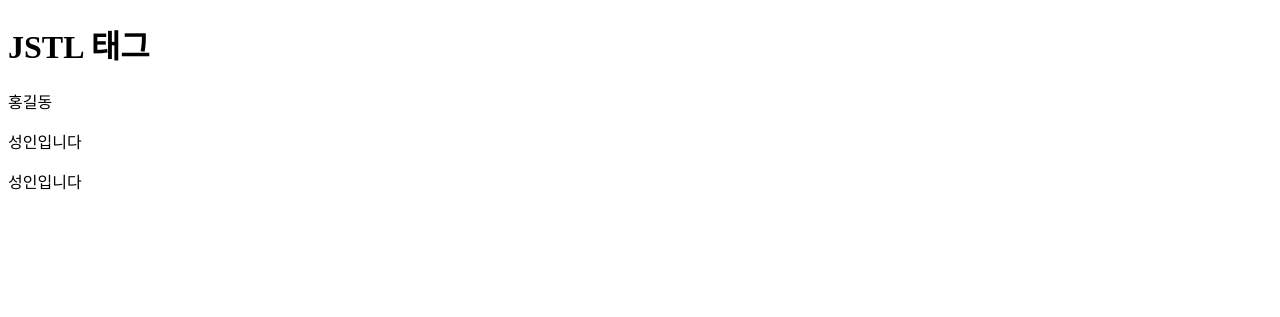
Repository: Kimth520/JSP-study
Page: http://localhost/day03/jstlTest2.jsp
An editor plug-in stored every save of this project. The page is shown before and after a run of saves, followed by the edit.
The browser window is 1280 px wide. The pictures show the whole page.
The page is served by Tomcat 9.

Above is the page before, as saved 2025-01-14 05:52:34.

After the next 3 saves:
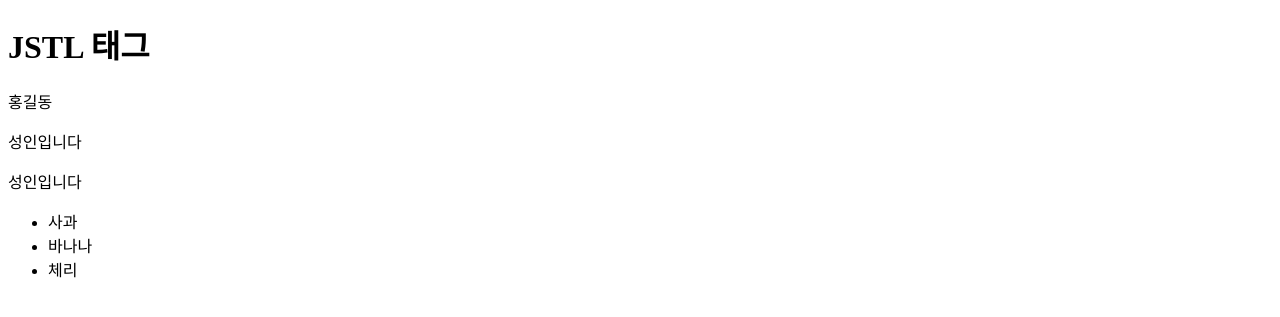
The 3 saves are shown as one change because 2 did not build or start.
The last was saved 3 min 25 s later.
--- a/workspace/day03/src/main/webapp/jstlTest2.jsp
+++ b/workspace/day03/src/main/webapp/jstlTest2.jsp
@@ -31,6 +31,13 @@
 		</c:otherwise>
 	</c:choose>
 
+	<c:set var="fruits" value="${['사과', '바나나', '체리']}"></c:set>
+	<ul>
+		<c:forEach var="fruit" items="${fruits }">
+			<li>${fruit}</li>
+		</c:forEach>
+	</ul>
+
 
 </body>
 </html>
